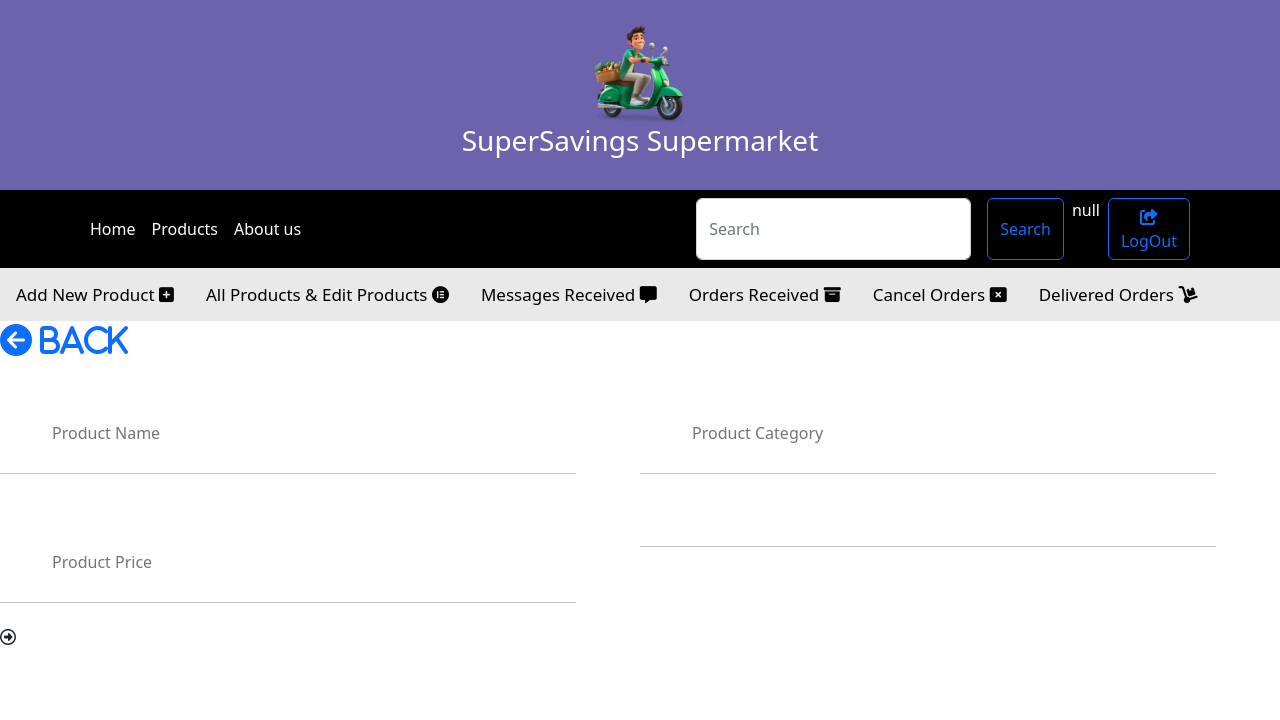
Repository: Raviraj39/SuperSaving-Online-Supermarket-Website
Page: http://localhost/Super_market/editProduct.jsp
These files come from the project's save history. The page is drawn as it stood at one moment and after the next save; the edit follows.
The browser window is 1280 px wide. The pictures show the whole page.
The page is served by Tomcat 9. Other server files are loaded and not shown.

Above is the page before, as saved 2023-12-21 19:43:00.

### Super_market/src/main/webapp/editProduct.jsp
<%@ page language="java" contentType="text/html; charset=ISO-8859-1"
    pageEncoding="ISO-8859-1"%>
    <%@page import ="java.sql.*"%>
      <%@page import ="java.io.IOException" %>
    <%@ page import ="java.io.PrintWriter"%>
    <%@ include file="AdminHome.jsp" %>
<!DOCTYPE html>
<html>
<head>
<meta charset="ISO-8859-1">
<title>SuperSaving Supermarket</title>
<link rel="stylesheet" href="css/addproduct.css">
<link rel="stylesheet" href="https://cdnjs.cloudflare.com/ajax/libs/font-awesome/6.5.1/css/all.min.css" integrity="sha512-DTOQO9RWCH3ppGqcWaEA1BIZOC6xxalwEsw9c2QQeAIftl+Vegovlnee1c9QX4TctnWMn13TZye+giMm8e2LwA==" crossorigin="anonymous" referrerpolicy="no-referrer" />
<link href="https://cdn.jsdelivr.net/npm/bootstrap@5.2.3/dist/css/bootstrap.min.css" rel="stylesheet"
		integrity="sha384-rbsA2VBKQhggwzxH7pPCaAqO46MgnOM80zW1RWuH61DGLwZJEdK2Kadq2F9CUG65" crossorigin="anonymous">
</head>
<body>

<h2><a class="back" href="allProductEditProduct.jsp"><i class='fas fa-arrow-circle-left'> Back</i></a></h2>

<%
String id= request.getParameter("id");

%>

<div class="left-div">
 <h3>Enter Name</h3>
		 	<input type="text" class="input-style" name="input2" placeholder="Product Name">

<hr>
</div>

<div class="right-div">
<h3>Enter Category</h3>
 		<input type="text"  class="input-style" name="input3" placeholder="Product Category">

<hr>
</div>

<div class="left-div">
<h3>Enter Price</h3>
 		<input type="text" class="input-style" name="input4" placeholder="Product Price">

<hr>
</div>

<div class="right-div">
<h3>Active</h3>

 <hr>
</div>
 <i class='far fa-arrow-alt-circle-right'></i>




</body>
</html>

### Super_market/src/main/webapp/AdminHome.jsp
<%@ page language="java" contentType="text/html; charset=ISO-8859-1"
    pageEncoding="ISO-8859-1"%>
<!DOCTYPE html>
<html>
<head>
<meta charset="ISO-8859-1">
<title>SuperSaving Supermarket</title>
<link rel="stylesheet" href="css/homestyle.css">
<link rel="stylesheet" href="https://cdnjs.cloudflare.com/ajax/libs/font-awesome/6.5.1/css/all.min.css" integrity="sha512-DTOQO9RWCH3ppGqcWaEA1BIZOC6xxalwEsw9c2QQeAIftl+Vegovlnee1c9QX4TctnWMn13TZye+giMm8e2LwA==" crossorigin="anonymous" referrerpolicy="no-referrer" />
<link href="https://cdn.jsdelivr.net/npm/bootstrap@5.2.3/dist/css/bootstrap.min.css" rel="stylesheet"
		integrity="sha384-rbsA2VBKQhggwzxH7pPCaAqO46MgnOM80zW1RWuH61DGLwZJEdK2Kadq2F9CUG65" crossorigin="anonymous">

</head>
<body>
	<div class="container-fluid navtop">
		<div class="text-center py-4 text-white  ">
			<img src="./images/illustrations/BikeDilvery.webp" alt="" class="" height="100px">
			<h3>SuperSavings Supermarket</h3>
		</div>
	</div>
	<nav class="navbar navbar-expand-lg bg-black text-white ">
		<div class="container text-white">
			<button class="navbar-toggler" type="button" data-bs-toggle="collapse"
				data-bs-target="#navbarSupportedContent" aria-controls="navbarSupportedContent" aria-expanded="false"
				aria-label="Toggle navigation">
				<span class="navbar-toggler-icon"></span>
			</button>
			<div class="collapse navbar-collapse " id="navbarSupportedContent">
				<ul class="navbar-nav me-auto mb-2 mb-lg-0  ">
					<li class="nav-item">
						<a class="nav-link active text-white" href="./AdminHome.jsp">Home</a>
					</li>
					<li class="nav-item">
						<a class="nav-link text-white" href="">Products</a>
					</li>
					<li class="nav-item">
						<a class="nav-link text-white" href="#"> About us</a>
					</li>
				</ul>
				<form class="d-flex" role="search">
					<input class="form-control me-2" type="search" placeholder="Search" aria-label="Search">
					<button class="btn btn-outline-primary mx-2" type="submit">Search</button>
					<p><%= session.getAttribute("username") %></p>
					<a href="logout" class="btn btn-outline-primary mx-2"> <i class='fas fa-share-square'></i>LogOut  </a>
				</form>
			</div>
		</div>
	</nav>
	<div class="topnav sticky">
            <a href="AddNewProduct.jsp">Add New Product <i class='fas fa-plus-square'></i></a>
            <a href="allProductEdit.jsp">All Products & Edit Products <i class='fab fa-elementor'></i></a>
            <a href="">Messages Received <i class='fas fa-comment-alt'></i></a>
            <a href="">Orders Received <i class="fas fa-archive"></i></a>
            <a href="">Cancel Orders <i class='fas fa-window-close'></i></a>
            <a href="">Delivered Orders <i class='fas fa-dolly'></i></a>
          </div>

</body>
</html>

### Super_market/src/main/webapp/css/homestyle.css
    body {
  font-family: "Open Sans", sans-serif;
  line-height: 1.25;
  background-color: #6C63AC;
}
a
{
	text-decoration: none;
}
.sticky {
  position: -webkit-sticky;
  position: sticky;
  top: 0;
}

@font-face {
	font-family: fonts;
	src: url(../fonts/moto-verse.otf);
}
.top-nav >div{
	font-family: fonts;
	font-weight: 900;
	font-size: 4em;
}
.navtop{
	background-color: #6C63AC;
}
.carousel-img{
	height: 75vh;
}
table {
  border: 1px solid #ccc;
  border-collapse: collapse;
  margin: 0;
  padding: 0;
  width: 100%;
  /*margin-left: 5%;*/
  table-layout: fixed;
}

table caption {
  font-size: 1.5em;
  margin: .5em 0 .75em;
}

table tr {
  background-color: #f8f8f8;
  border: 1px solid #ddd;
  padding: .35em;
}

table th,
table td {
  padding: .625em;
  text-align: center;
}

table th {
  font-size: .85em;
  letter-spacing: .1em;
  text-transform: uppercase;
}

@media screen and (max-width: 600px) {
  table {
    border: 0;
  }

  table caption {
    font-size: 1.3em;
  }

  table thead {
    border: none;
    clip: rect(0 0 0 0);
    height: 1px;
    margin: -1px;
    overflow: hidden;
    padding: 0;
    position: absolute;
    width: 1px;
  }

  table tr {
    border-bottom: 3px solid #ddd;
    display: block;
    margin-bottom: .625em;
  }

  table td {
    border-bottom: 1px solid #ddd;
    display: block;
    font-size: .8em;
    text-align: right;
  }

  table td::before {
    /*
    * aria-label has no advantage, it won't be read inside a table
    content: attr(aria-label);
    */
    content: attr(data-label);
    float: left;
    font-weight: bold;
    text-transform: uppercase;
  }

  table td:last-child {
    border-bottom: 0;
  }
}

/*Header Css*/
* {box-sizing: border-box;}

    body {
      margin: 0;
      font-family: Arial, Helvetica, sans-serif;
    }

    .topnav {
      overflow: hidden;
      background-color: #e9e9e9;
    }

    .topnav a {
      float: left;
      display: block;
      color: black;
      text-align: center;
      padding: 14px 16px;
      text-decoration: none;
      font-size: 17px;
    }

    .topnav a:hover {
      background-color: #ddd;
      color: black;
    }

    .topnav a.active {
      background-color: #2196F3;
      color: white;
    }

    .topnav .search-container {
      float: right;
    }

    .topnav input[type=text] {
      padding: 6px;
      margin-top: 8px;
      font-size: 17px;
      border: none;
    }

    .topnav .search-container button {
      float: right;
      padding: 6px 10px;
      margin-top: 8px;
      margin-right: 16px;
      background: #ddd;
      font-size: 17px;
      border: none;
      cursor: pointer;
    }

    .topnav .search-container button:hover {
      background: #ccc;
    }

    @media screen and (max-width: 600px) {
      .topnav .search-container {
        float: none;
      }
      .topnav a, .topnav input[type=text], .topnav .search-container button {
        float: none;
        display: block;
        text-align: left;
        width: 100%;
        margin: 0;
        padding: 14px;
      }
      .topnav input[type=text] {
        border: 1px solid #ccc;
      }

    }
/*footer*/
.footer {
   position: fixed;
   left: 0;
   bottom: 0;
   width: 100%;
   background-color:#ccc;
   color:black;
   text-align: center;
}

.h2222 {
  width: 100%;
  padding: 12px 20px;
  margin: 8px 0;
  box-sizing: border-box;
  border: none;
  background-color: #3CBC8D;
  color: white;
}

### Super_market/src/main/webapp/css/addproduct.css
.body {
  font-family: "Open Sans", sans-serif;
  line-height: 1.25;
  background-color: #6C63AC;
}

a{
	text-decoration: none;
}
.sticky {
  position: -webkit-sticky;
  position: sticky;
  top: 0;
}

table {
  border: 1px solid #ccc;
  border-collapse: collapse;
  margin: 0;
  padding: 0;
  width: 100%;
  /*margin-left: 5%;*/
  table-layout: fixed;
}

table caption {
  font-size: 1.5em;
  margin: .5em 0 .75em;
}

table tr {
  background-color: #f8f8f8;
  border: 1px solid #ddd;
  padding: .35em;
}

table th,
table td {
  padding: .625em;
  text-align: center;
}

table th {
  font-size: .85em;
  letter-spacing: .1em;
  text-transform: uppercase;
}

@media screen and (max-width: 600px) {
  table {
    border: 0;
  }

  table caption {
    font-size: 1.3em;
  }

  table thead {
    border: none;
    clip: rect(0 0 0 0);
    height: 1px;
    margin: -1px;
    overflow: hidden;
    padding: 0;
    position: absolute;
    width: 1px;
  }

  table tr {
    border-bottom: 3px solid #ddd;
    display: block;
    margin-bottom: .625em;
  }

  table td {
    border-bottom: 1px solid #ddd;
    display: block;
    font-size: .8em;
    text-align: right;
  }

  table td::before {
    /*
    * aria-label has no advantage, it won't be read inside a table
    content: attr(aria-label);
    */
    content: attr(data-label);
    float: left;
    font-weight: bold;
    text-transform: uppercase;
  }

  table td:last-child {
    border-bottom: 0;
  }
}

/*Header Css*/
* {box-sizing: border-box;}

    body {
      margin: 0;
      font-family: Arial, Helvetica, sans-serif;
    }


/*footer*/
.footer {
   position: fixed;
   left: 0;
   bottom: 0;
   width: 100%;
   background-color:#ccc;
   color:black;
   text-align: center;
}





.input-style {
  width: 90%;
  padding: 12px 20px;
  margin-left:5%;
  box-sizing: border-box;
  border: none;
  background-color:white;
  color: black;
  font-size: 16px;
}

input[type=text]:focus, textarea:focus,button:focus{
  outline: 4px solid orange;
  background-color:rgb(224, 255, 219);     /* oranges! yey */
}

.button {
  background-color: aqua;
  border: none;
  color: black;
  padding: 12px 20px;
  text-align: center;
  text-decoration: none;
  display: inline-block;
  font-size: 14px;
  margin: 4px 2px;
  transition-duration: 0.4s;
  cursor: pointer;
  margin-left:5%;
  font-size: 16px;
  width: 90%;
   border-radius: 25px;
}

.button:hover {
  background-color: #555555;
  color: white;
}

hr
{
	width: 90%
}
h3
{
	text-align: center;
	color:white;
}
.alert
{
	color:yellow;
}

.profile-style
{
	border-style: dotted;

}

.left-div
{
	width: 50%;
	display:inline-block;
}

.right-div
{
	float:right;
	width: 50%;
	display:inline-block;
}

After the next save:
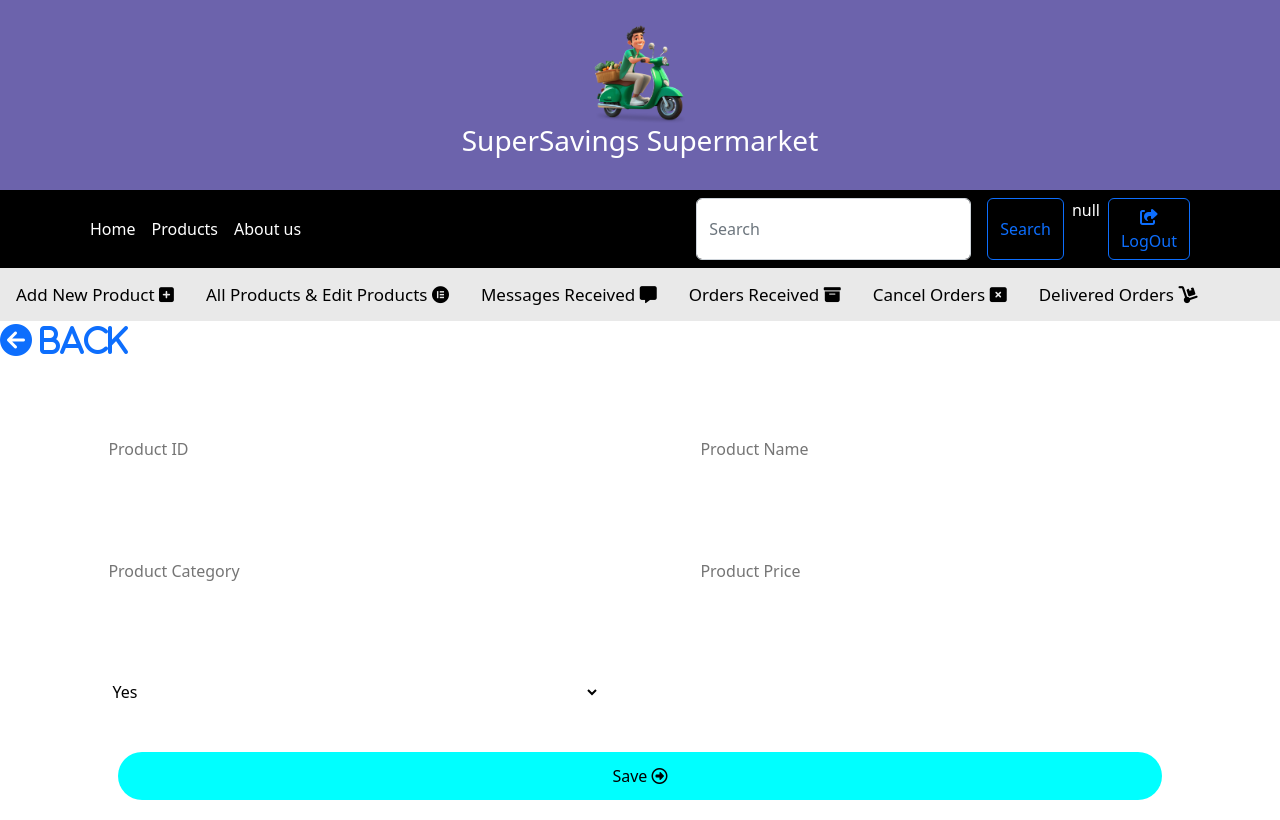
Saved 81 s later.
--- a/Super_market/src/main/webapp/editProduct.jsp
+++ b/Super_market/src/main/webapp/editProduct.jsp
@@ -23,34 +23,42 @@ String id= request.getParameter("id");
 
 %>
 
-<div class="left-div">
- <h3>Enter Name</h3>
+<div class="cotainer mx-5  row" >
+		<div class="col-12 col-md-6 my-3">
+		<h3 >Product ID: </h3>
+		<input type="text" class="input-style " name="input1" placeholder="Product ID">
+		</div>
+		<div class="col-12 col-md-6 my-3">
+		 <h3>Enter Name</h3>
 		 	<input type="text" class="input-style" name="input2" placeholder="Product Name">
 
-<hr>
-</div>
+		</div>
 
-<div class="right-div">
-<h3>Enter Category</h3>
- 		<input type="text"  class="input-style" name="input3" placeholder="Product Category">
+		<div class=" col-12 col-md-6 my-3">
+		<h3>Enter Category</h3>
+		<input type="text"  class="input-style" name="input3" placeholder="Product Category">
 
-<hr>
-</div>
+		</div>
 
-<div class="left-div">
-<h3>Enter Price</h3>
- 		<input type="text" class="input-style" name="input4" placeholder="Product Price">
+		<div class="col-12 col-md-6 my-3">
+		<h3>Enter Price</h3>
+		<input type="text" class="input-style" name="input4" placeholder="Product Price">
+		</div>
 
-<hr>
-</div>
+		<div class=" col-12 col-md-6 my-3">
+		<h3>Active</h3>
+		<select name="active" class="input-style" id="active">
+			<option value="yes">Yes</option>
+			<option value="no">No</option>
+		</select>
 
-<div class="right-div">
-<h3>Active</h3>
+		</div>
 
- <hr>
-</div>
- <i class='far fa-arrow-alt-circle-right'></i>
-
+		<div class=" col-12  my-3">
+		<button class="button" type="submit">Save <i class='far fa-arrow-alt-circle-right'></i>
+		</div>
+		</button>
+		</div>
 
 
 
